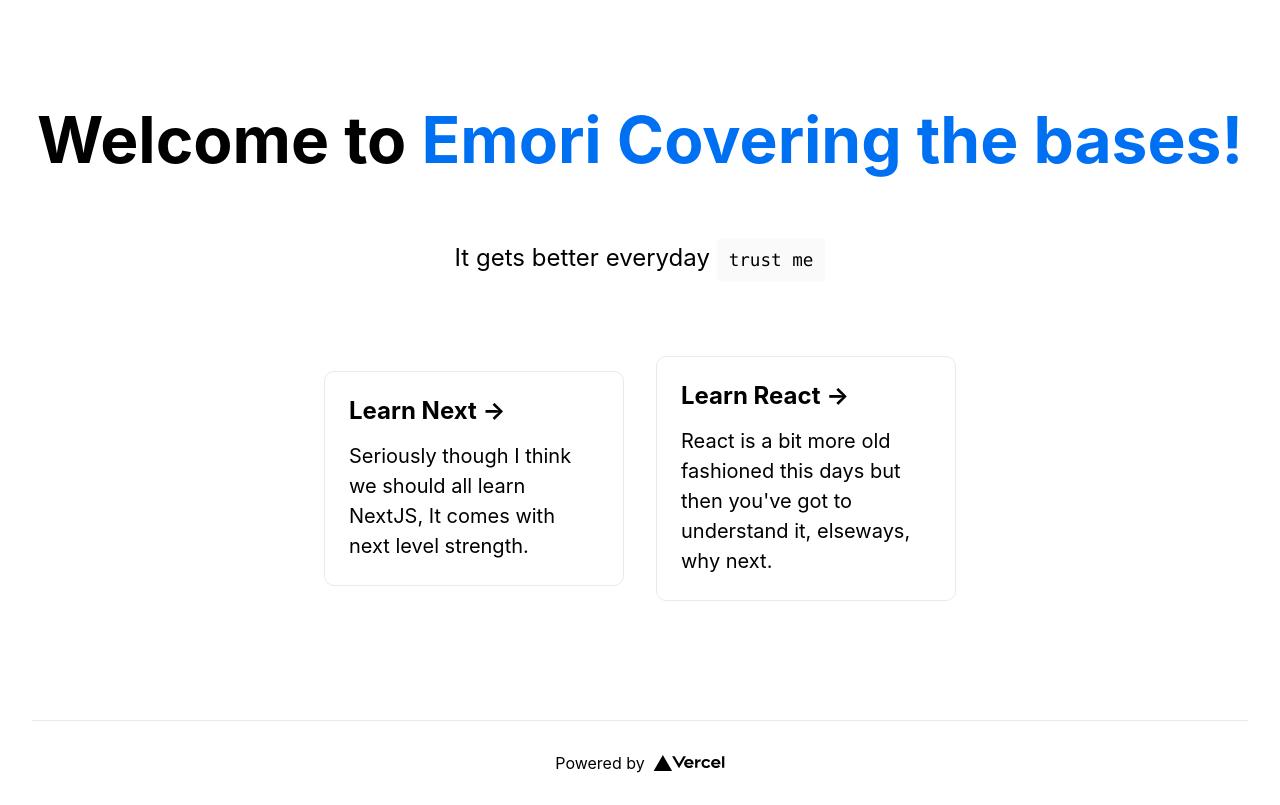
Repository: emorilebo/next-linkedin-training
Page: /
The author's editor kept a copy of each file at every save. The page is drawn from the files as they stood at one save, then again after the next save.
The browser window is 1280 px wide. The pictures show the whole page.
The project was rebuilt for these pictures with package versions that can differ from the ones it lists, and the page was loaded fresh each time. The framework's server and built-in components were replaced by stand-ins that run in the browser. Also part of the build but not shown: next.config.js.

Above is the page before, as saved 2022-12-25 18:02:34.

### pages/index.js
import Head from "next/head";
import Image from "next/image";
import Link from "next/link";
import styles from "../styles/Home.module.css";

export default function Home() {
  return (
    <div className={styles.container}>
      <Head>
        <title>Emori Learning Next From LinkedIn</title>
        <meta
          name="description"
          content="I know I know, but we need to cover the bases as much as possible. #emoricoin"
        />
        <link rel="icon" href="/favicon.ico" />
      </Head>

      <main className={styles.main}>
        <h1 className={styles.title}>
          Welcome to <a href="https://nextjs.org">Emori Covering the bases!</a>
        </h1>

        <p className={styles.description}>
          It gets better everyday <code className={styles.code}>trust me</code>
        </p>

        <div className={styles.grid}>
          <Link href="/learn/next" className={styles.card}>
            <h2>Learn Next &rarr;</h2>
            <p>
              Seriously though I think we should all learn NextJS, It comes with
              next level strength.
            </p>
          </Link>

          <Link href="/learn/react" className={styles.card}>
            <h2>Learn React &rarr;</h2>
            <p>
              React is a bit more old fashioned this days but then you've got to
              understand it, elseways, why next.
            </p>
          </Link>
        </div>
      </main>

      <footer className={styles.footer}>
        <a
          href="https://vercel.com?utm_source=create-next-app&utm_medium=default-template&utm_campaign=create-next-app"
          target="_blank"
          rel="noopener noreferrer"
        >
          Powered by{" "}
          <span className={styles.logo}>
            <Image src="/vercel.svg" alt="Vercel Logo" width={72} height={16} />
          </span>
        </a>
      </footer>
    </div>
  );
}

Loaded but not shown: pages/_app.js (common file); styles/globals.css (common file); styles/Home.module.css (common file)

After the next save:
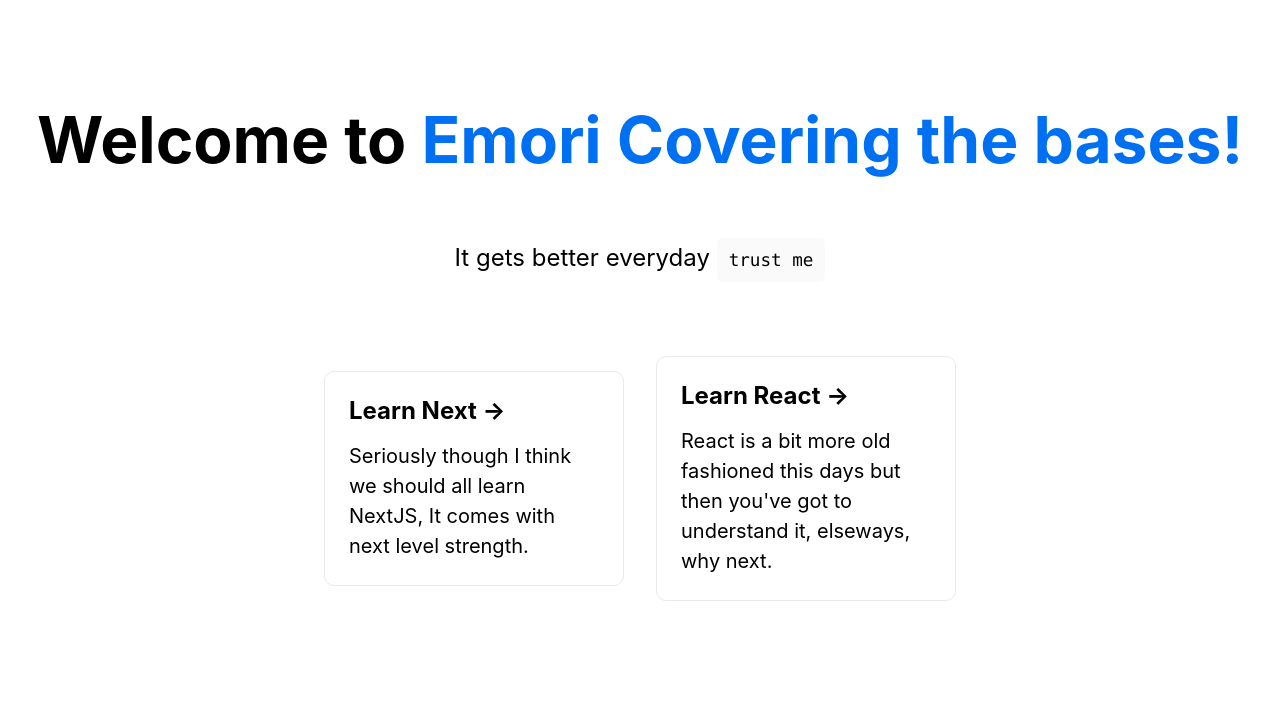
Saved 101 s later.
--- a/pages/index.js
+++ b/pages/index.js
@@ -43,18 +43,7 @@
         </div>
       </main>
 
-      <footer className={styles.footer}>
-        <a
-          href="https://vercel.com?utm_source=create-next-app&utm_medium=default-template&utm_campaign=create-next-app"
-          target="_blank"
-          rel="noopener noreferrer"
-        >
-          Powered by{" "}
-          <span className={styles.logo}>
-            <Image src="/vercel.svg" alt="Vercel Logo" width={72} height={16} />
-          </span>
-        </a>
-      </footer>
+
     </div>
   );
 }
